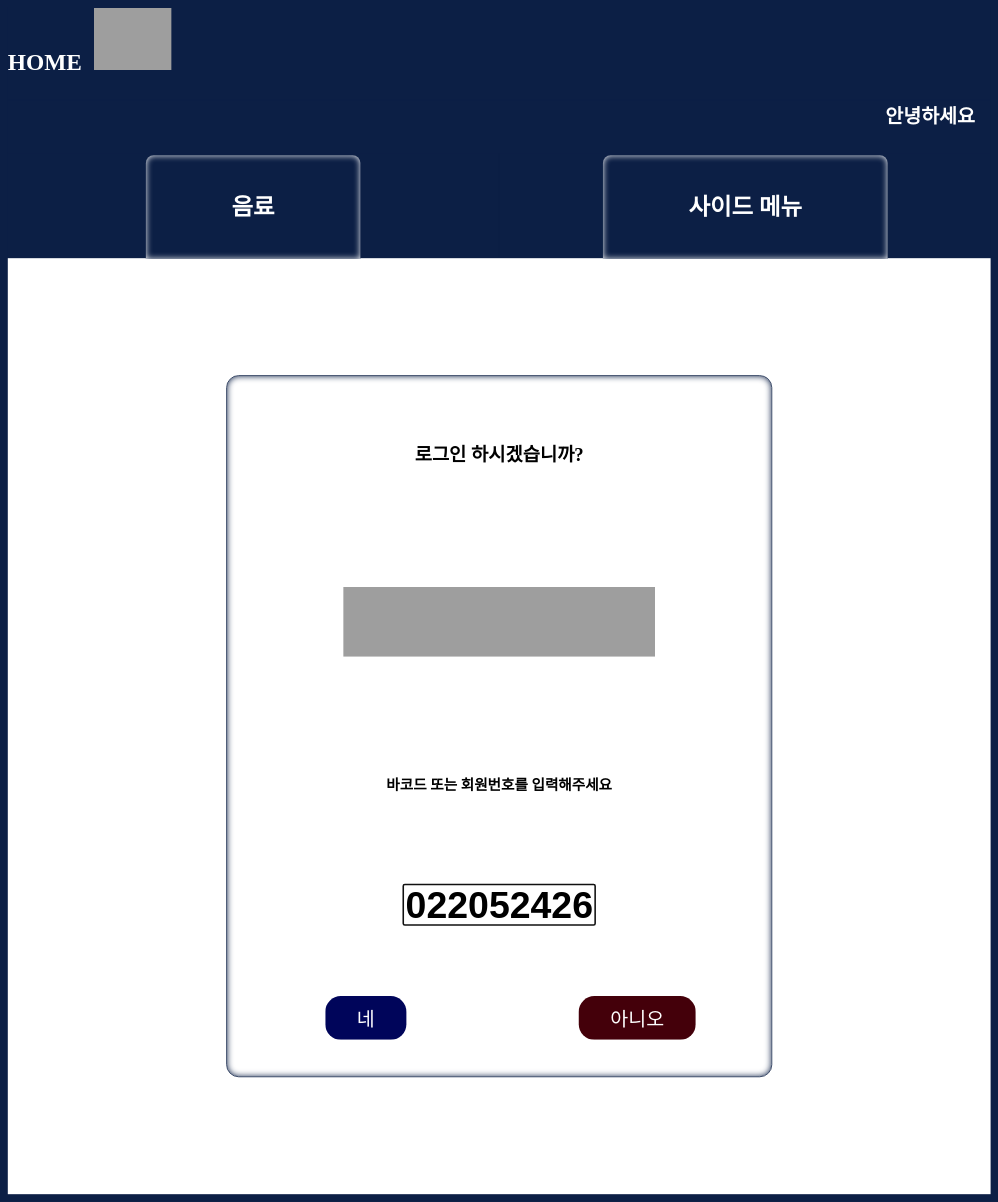
Repository: DevJoeYC/Metabukcs
Page: http://localhost/metabucks/KIOSK/login.jsp
These files come from the project's save history. The page is drawn as it stood at one moment and after the next save; the edit follows.
The browser window is 1280 px wide. The pictures show the whole page, at 78% of full size.
Pictures or frames that could not be fetched are drawn as grey boxes. The page is served by Tomcat 9.

Above is the page before, as saved 2022-05-27 05:42:47.

After the next save:
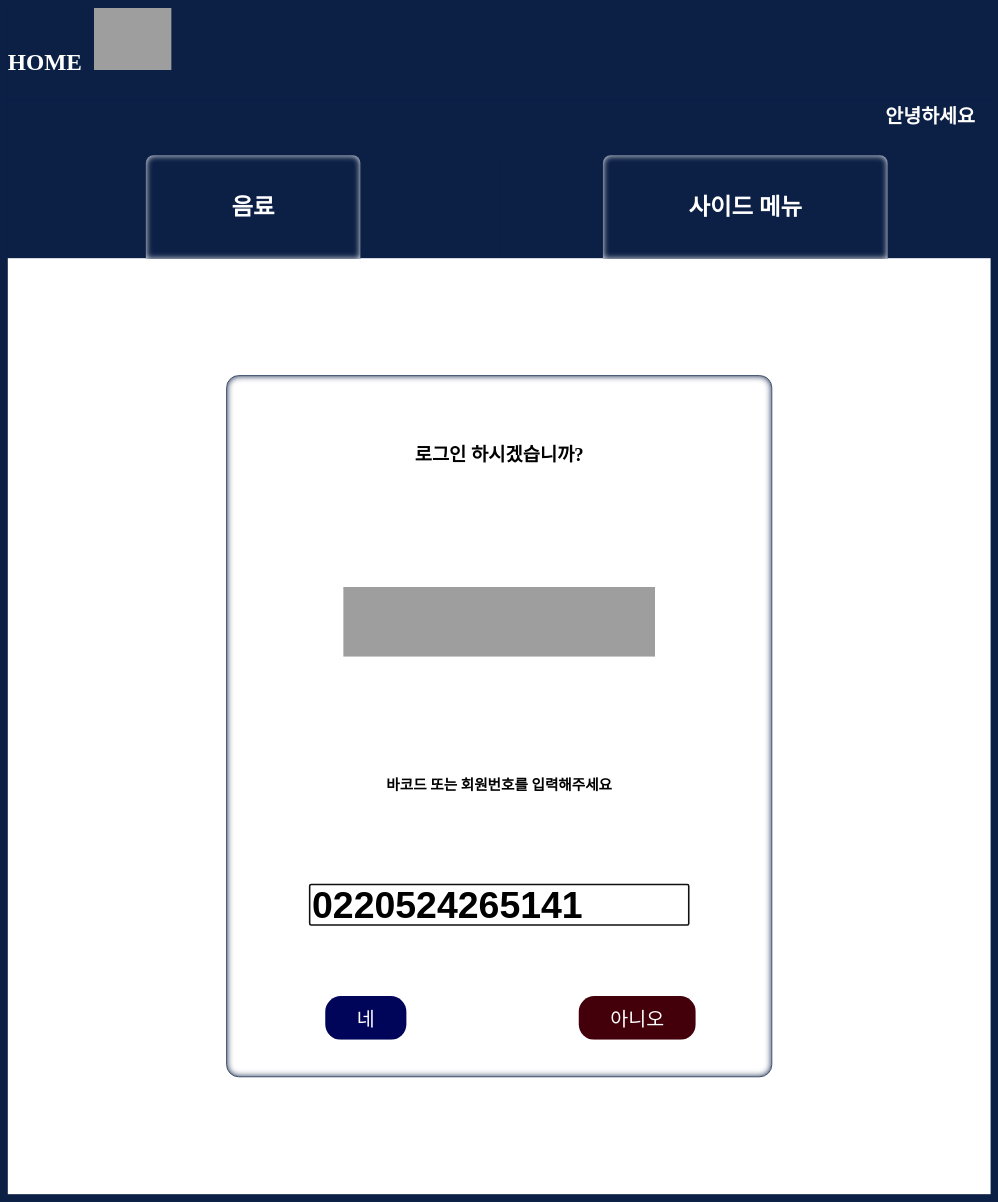
Saved 18 s later.
--- a/metabucks/WebContent/KIOSK/login.jsp
+++ b/metabucks/WebContent/KIOSK/login.jsp
@@ -59,7 +59,7 @@
 				<td colspan=2><input type="text"
 									 id="usernum"
 									 name="usernum"
-									 style="width:15rem; height:3rem;font-size:3rem;font-weight:bold"
+									 style="width:30rem; height:3rem;font-size:3rem;font-weight:bold"
 									 value="0220524265141">
 				</td>
 			</tr>
